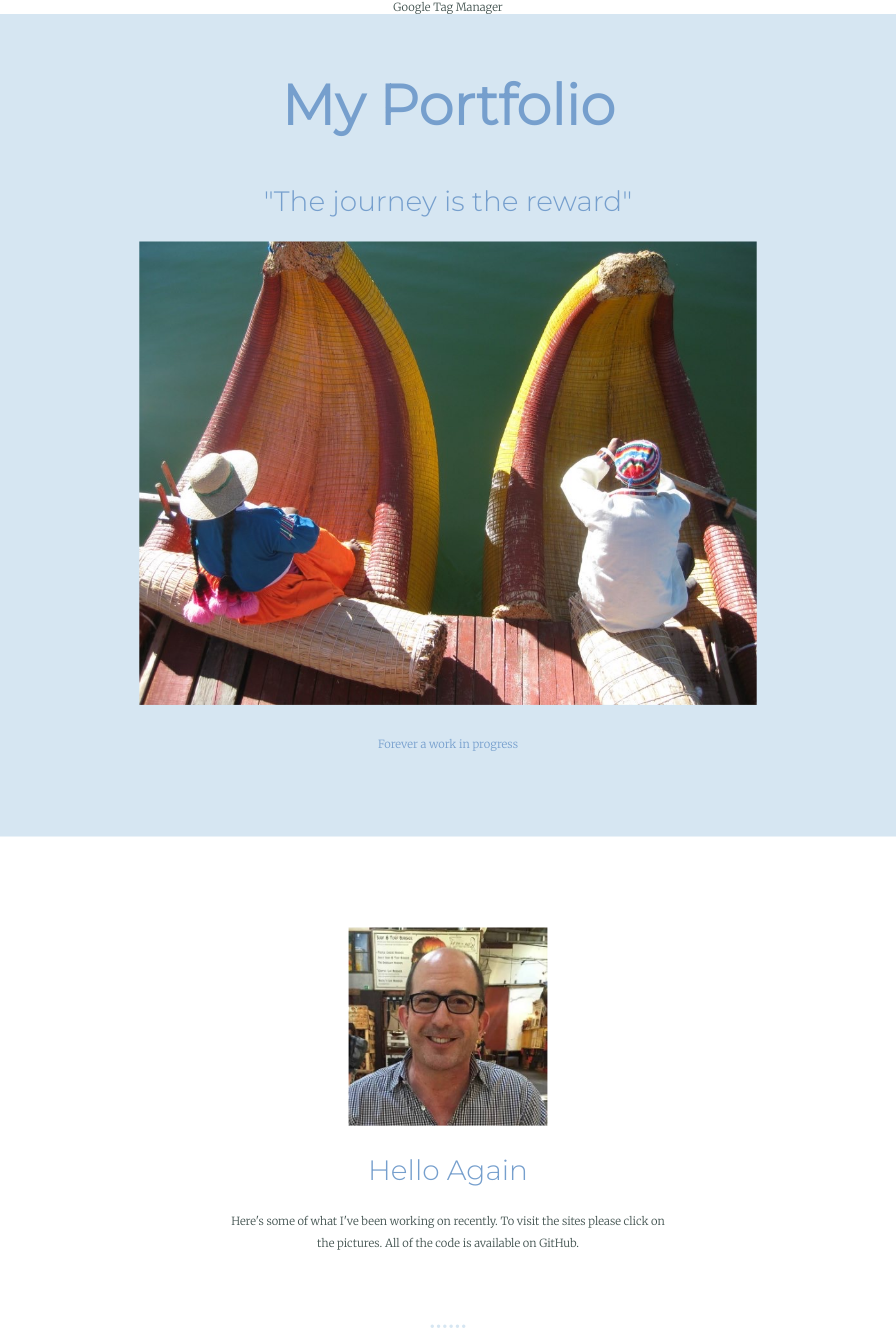
Repository: EpiTao-LLC/Personal_web_page
Page: pages/portfolio.html
The author's editor kept a copy of each file at every save. The page is drawn from the files as they stood at one save, then again after the next save.
The browser window is 1280 px wide. The pictures show the part of the page from y = 0 to 1920 px (the page is 3325 px tall before and 3305 px after), at 70% of full size.

Above is the page before, as saved 2021-02-16 11:54:24.

### pages/portfolio.html
<!DOCTYPE html>
<html lang="en">
<head>
    <!-- Global site tag (gtag.js) - Google Analytics -->
    <script async src="https://www.googletagmanager.com/gtag/js?id=UA-167786271-2"></script>
    <script>
      window.dataLayer = window.dataLayer || [];
      function gtag(){dataLayer.push(arguments);}
      gtag('js', new Date());
      gtag('config', 'UA-167786271-2');
    </script>
    Google Tag Manager
      <script>(function(w,d,s,l,i){w[l]=w[l]||[];w[l].push({'gtm.start':
      new Date().getTime(),event:'gtm.js'});var f=d.getElementsByTagName(s)[0],
      j=d.createElement(s),dl=l!='dataLayer'?'&l='+l:'';j.async=true;j.src=
      'https://www.googletagmanager.com/gtm.js?id='+i+dl;f.parentNode.insertBefore(j,f);
      })(window,document,'script','dataLayer','GTM-PZ9SPFX');</script>
  <!-- End Google Tag Manager -->
    <meta charset="UTF-8">
    <meta name="viewport" content="width=device-width, initial-scale=1.0">
    <title>Chris Larson</title>
    <link rel="stylesheet" href="../css/styles.css">
    <link href="https://fonts.googleapis.com/css2?family=Merriweather:wght@300&family=Montserrat:wght@300&family=Sacramento&display=swap" rel="stylesheet">
    <link rel="apple-touch-icon" sizes="180x180" href="favicon_package_v0.16/apple-touch-icon.png">
    <link rel="icon" type="image/png" sizes="32x32" href="favicon_package_v0.16/favicon-32x32.png">
    <link rel="icon" type="image/png" sizes="16x16" href="favicon_package_v0.16/favicon-16x16.png">
    <link rel="manifest" href="favicon_package_v0.16/site.webmanifest">
    <link rel="mask-icon" href="favicon_package_v0.16/safari-pinned-tab.svg" color="#5bbad5">
    <meta name="msapplication-TileColor" content="#da532c">
    <meta name="theme-color" content="#ffffff">
</head>
<body>
    <!-- Google Tag Manager (noscript) -->
    <noscript><iframe src="https://www.googletagmanager.com/ns.html?id=GTM-PZ9SPFX"
      height="0" width="0" style="display:none;visibility:hidden"></iframe></noscript>
    <!-- End Google Tag Manager (noscript) -->

    <div class = "top-container">
        <h1>My Portfolio</h1>
        <h2>"The journey is the reward"</h2>
        <img class="cover-img" src="/images/Lake _Titicaca.jpeg" alt="Lake Titicaca image">
        <p>Forever a work in progress</p>
        <!-- <p>(so's my portfolio)</p> -->
      </div>
    <div class="middle-container">
        <div class="profile">
          <br>
          <img class="my-img" src="/images/Holiday_Denmark.jpeg"  alt="Chris Pic">
          <h2>Hello Again</h2>
          <p>
            Here's some of what I've been working on recently.  To visit the sites please click on the pictures.  All of the
            code is available on GitHub.
            </p>
        </div>
        <hr>
        <div class="skills">
          <h2>Applications</h2>
          <div class="skill-row">
            <button  class='input-button button-img-1'>
                <img class= 'skills-img-1' src="/images/Larsxn_Music.PNG" alt="Larsxn.com website"
                onclick = "window.location.href = 'https://www.larsxn.com'">
            </button>
            <!-- <img class="skills-img-1" src="/images/Larsxn_Music.png" alt="Larsxn.com"> -->
            <div >
            <h3 class="for-mobile">Larsxn Music</h3>
            <p> This is a marketing site for a new musician with 8,000 Facebook followers.  Developed with React and Bootstrap.
              It leverages Facebook Pixel and some Google Analytics to help us to evaluate advertising effectiveness.
            </p>
             </div>
          </div>
          <div class="skill-row">
            <button  class='input-button button-img-2'>
              <img class= 'skills-img-2' src="/images/Scratch_Note_Taking_App.PNG" alt="Scratch Note Taking website"
              onclick = "window.location.href = 'https://notes-app.calarsonllc.com'">
            </button>
            <h3 class="for-mobile">Scratch - A note taking app</h3>
            <p>This nice little note taking application is not my own code.  I include it
              because I implemented it on Amazon Web Services with full authenticaion and security.
              There's also an interface that will take credit card information.  Full cloud.
            </p>
          </div>
        </div>
        <hr>
        <div class="contact-me">
          <h2>I hope to hear from you</h2>
          <h3>Please do reach out if you need a new website, some design and development work, or a partner on a project.</h3>
          <p class="contact-message">Let's connect.</p>
          <a class="btn" href="mailto:chris@epitao.com">CONTACT ME</a>
        </div>
      </div>
      <div class="bottom-container">
        <a class="footer-link" href="https://softwaredev.epitao.com/">Home</a>
        <a class="footer-link" href="https://www.linkedin.com/in/christopheralarson//">LinkedIn</a>
        <a class="footer-link" href="https://www.facebook.com/chris.larson">Facebook</a>
        <a class="footer-link" href="https://github.com/clarson10024//">Portfolio</a>
        <a class="footer-link" href="https://github.com/clarson10024//">GitHub</a>
        <p class="copyright"> copyright © 2020 EpiTao LLC <br><br>
        <img class="logo-img" src="/images/EpiTao_logo.jpg" alt="EpiTao logo">
        </p>
      </div>
</body>
</html>

### css/styles.css
body {
    margin: 0;
    margin: auto;
    text-align: center;
    font-family: 'Merriweather', serif;
    font-weight: normal;
    color:  #40514E;
}
h1 {
    margin: 0px auto 0 auto;
    font-family: 'Montserrat', sans-serif;
    font-size: 5rem;
    line-height: 2.0;
    color: #769FCD;
}
h2 {
    font-family: 'Montserrat', sans-serif;
    font-size: 2.5rem;
    font-weight: normal;
    color: #769FCD
}
h3 {
    font-family: 'Montserrat', sans-serif;
    font-weight: 900;
    color: #769FCD
}
p {
    line-height: 2;
}
hr {
    border-color:  #d6e6f2;
    border-width: 5px;
    border-style: dotted none none;
    height: 0px;
    width: 4%;
    margin: 100 auto 100 auto;
}
.top-container {
    background-color: #d6e6f2;
    color: #769FCD;
    position: relative;
    padding-top: 50px;
    padding-bottom: 100px;
    padding-right: 10px;
    padding-left: 10px;
}
.middle-container {
    max-width: 2000px;
    padding-top: 10px;
    padding-bottom: 5px;
    padding-right: 10px;
    padding-left: 10px;
    margin: 50px auto 100px auto;

}
.bottom-container {
    margin-top: 100px;
    padding: 30px 0 50px;
    padding-right: 10px;
    padding-left: 10px;
    font-size: 10px;
    background-color: #769FCD;
    color: #f7fbfc  ;
}
.profile{
    width: 50%;
    margin: 50px auto 100px auto;
    text-align: center;
}
.skills {
    margin-top: 50px;
}
.skill-row {
    width: 50%;
    margin: 50px auto 100px auto;
    text-align: left;
}
.contact-me {
    margin-top: 50px;
    margin-left: 50px;
    margin-right: 50px;

}
.contact-message {
    width: 60%;
    margin: 40px auto 60px;
}
.footer-link {
    font-size: 20px
}
.copyright {
    color: #b9d7ea;
    font-size: 0.5rem;
    padding: 20px 0;
}

.btn {
    background: #769FCD;
    background-image: -webkit-linear-gradient(top, #769FCD, #7A95C3);
    background-image: -moz-linear-gradient(top, #769FCD, #7A95C3);
    background-image: -ms-linear-gradient(top, #769FCD, #7A95C3);
    background-image: -o-linear-gradient(top, #769FCD, #7A95C3);
    background-image: linear-gradient(to bottom, #769FCD, #7A95C3);
    -webkit-border-radius: 8px;
    -moz-border-radius: 8px;
    border-radius: 8px;
    color: #FFFFFF;
    font-family: 'Montserrat', sans-serif;
    font-size: 14px;
    font-weight: 100;
    padding: 8px;
    border: solid #337FED 1px;
    text-decoration: none;
    display: inline-block;
    cursor: pointer;
    text-align: center;
}

.btn:hover {
    border: solid #337FED 1px;
    background: #7A95C3;
    background-image: -webkit-linear-gradient(top, #7A95C3, #769FCD);
    background-image: -moz-linear-gradient(top, #7A95C3, #769FCD);
    background-image: -ms-linear-gradient(top, #7A95C3, #769FCD);
    background-image: -o-linear-gradient(top, #7A95C3, #769FCD);
    background-image: linear-gradient(to bottom, #7A95C3, #769FCD);
    -webkit-border-radius: 7px;
    -moz-border-radius: 7px;
    border-radius: 7px;
    text-decoration: none;
}

a:link {
    font-family: 'Montserrat', sans-serif;
    text-decoration: none;
    color: #b9d7ea;
    margin: 10px 20px;

}
a:visited {
    color: #b9d7ea
}
a:hover{
    color: #f7fbfc
}
.cover-img {
    width: 70%;
    height: 70%;
    margin-bottom: 20px;
}
.profile{
    width: 50%;
    margin: 50px auto 100px auto;
    text-align: center;
}

.my-img {
    width: 45%;
    height: 45%;
    float: fit-content;
}

.skills-img-1 {
    width: 45%;
    height: 45%;
    float: left;
    margin-right: 30px;
}
.skills-img-2 {
    width: 45%;
    height: 45%;
    float: right;
    margin-left: 30px;
}
/* .input-button:focus {
    outline: 0;
} */
/* *:focus {
    outline: 0 !important;
} */
.input-button {
    display: block;
    border: none;
    background-color: transparent;
    outline: none;
    margin: 0;
    border: none;
    color: none;
    height: 0%;
    width: 0%;
}
.button-img-1:hover {
    transform: scale(1.10);
}
.button-img-1 {
    width: 70%;
    height: 70%;
    float: left;
    margin-right: -30%;
    outline: 0;
}
.button-img-2:hover {
    transform: scale(1.10);
}
.button-img-2 {
    width: 70%;
    height: 70%;
    float: right;
    margin-left: -30%;
    outline: none;
}
.logo-img {
    width: 2.0%;
    height: 2.0%;
}

  /* Mobile Styling */

  @media (max-width: 780px) {
    h1 {
        margin: 0px auto 0 auto;
        font-family: 'Montserrat', sans-serif;
        font-size: 3.25rem;
        line-height: 1.25;
        color: #769FCD;
    }
    h2 {
        font-family: 'Montserrat', sans-serif;
        font-size: 1.75rem;
        font-weight: normal;
        color: #769FCD
    }
    h3 {
        font-size: 1.25rem;
        margin-left: 20px;
        margin-right: 20px;
    }
    .profile{
        width: 80%;
        margin: 50px auto 10px auto;
        text-align: center;
        padding-bottom: 10%;
    }
    .skills {
        margin-top: 20px;
    }
    .top-container {
        position: relative;
        padding-left: 8%;
        padding-right: 8%;
        padding-bottom: 20%;
        margin-bottom: 20px;

    }

    .middle-container {
        text-align: center;
        position: relative;
        margin-top: 20px;
        margin-bottom: 50px;

    }
    .skills {
        align-content: center;
    }
    .skill-row {
        display: block;
        width: 80%;
        margin: 50px auto 50px auto;
        text-align: center;
    }
    /* .for-mobile {
        display: inline-flex;
        content: '\a\a';
        white-space: pre;
    } */
    .my-img {
        width: 90%;
        height: 90%
    }
    .skills-img-1, .skills-img-2, .cover-img{

        width: 100%;
        height: 100%;
        padding: 0;
        float: fit-content;
        margin-left: 0px;
        margin-right: 0px;
        margin-bottom: 1rem;
    }
    .skills-img-1:after, .skills-img-2:after{
        display: inline-flex;
        content: '\a\a';
        white-space: pre;
    }
    .button-img-1, .button-img-2, .cover-img{
        width: 100%;
        height: 100%;
        padding: 0;
        float: fit-content;
        margin-left: 0px;
        margin-right: 0px;
        margin-bottom: 1rem;
    }
    .skills-img-1:after, .skills-img-2:after{
        display: inline-flex;
        content: '\a\a';
        white-space: pre;
    }
    .contact-me {
        margin-top: 50px;
        margin-left: 15px;
        margin-right: 15px;
        margin-bottom: 0px;
    }
    .contact-message {
        width: 80%;
        margin: 40px auto 60px;
    }

    .bottom-container {
        text-align: center;
        margin-top: 0px;
        padding: 15% 0 50px;
        font-size: 10px;
        background-color: #769FCD;
        color: #f7fbfc  ;
    }
    .logo-img {
        width: 5%;
        height: 5%;
    }
}
@media (hover: hover) {
    button:hover {
        outline:0;
    }
}

After the next save:
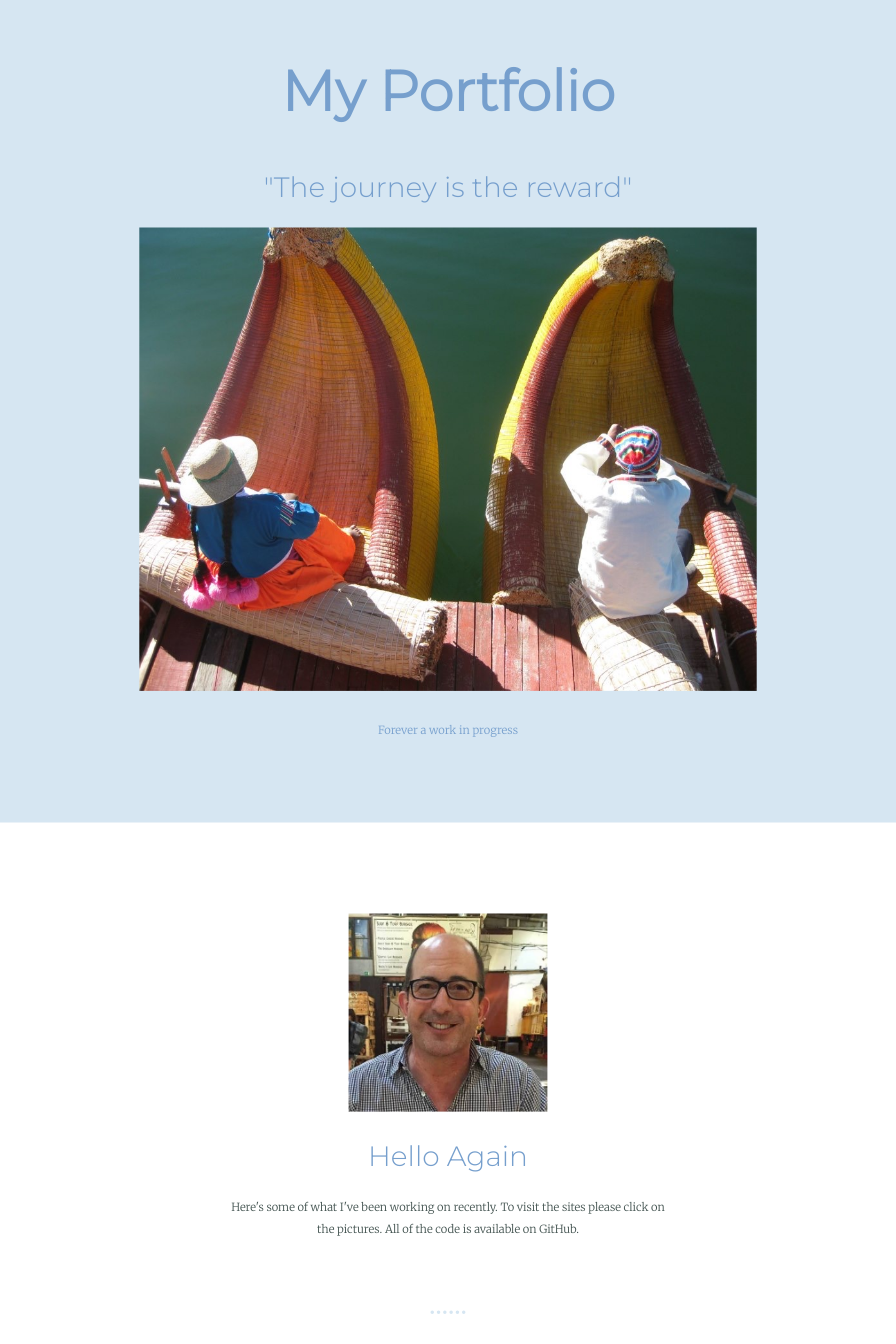
Saved 31 s later.
--- a/pages/portfolio.html
+++ b/pages/portfolio.html
@@ -9,7 +9,7 @@
       gtag('js', new Date());
       gtag('config', 'UA-167786271-2');
     </script>
-    Google Tag Manager
+    <!-- Google Tag Manager -->
       <script>(function(w,d,s,l,i){w[l]=w[l]||[];w[l].push({'gtm.start':
       new Date().getTime(),event:'gtm.js'});var f=d.getElementsByTagName(s)[0],
       j=d.createElement(s),dl=l!='dataLayer'?'&l='+l:'';j.async=true;j.src=
